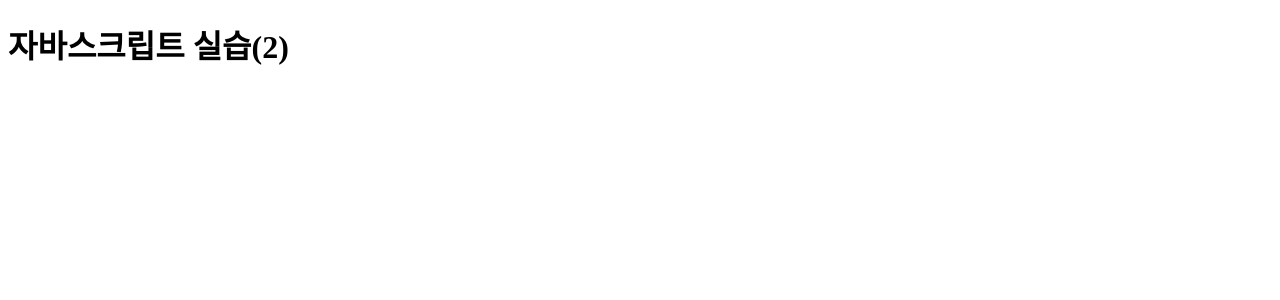
Repository: jhsnex123/web_study
Page: edu/src/main/webapp/jsexam/exercise2.html
These files come from the project's save history. The page is drawn as it stood at one moment and after the next save; the edit follows.
The browser window is 1280 px wide. The pictures show the whole page.

Above is the page before, as saved 2024-09-20 06:39:42.

After the next save:
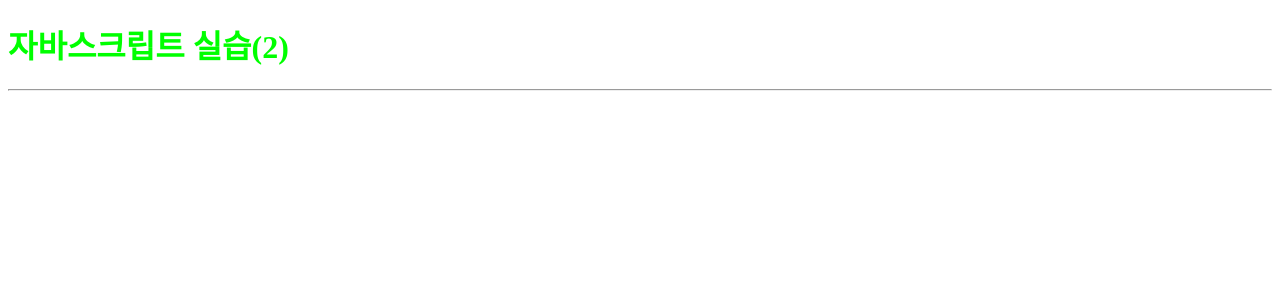
Saved 48 s later.
--- a/edu/src/main/webapp/jsexam/exercise2.html
+++ b/edu/src/main/webapp/jsexam/exercise2.html
@@ -3,8 +3,15 @@
 <head>
 <meta charset="UTF-8">
 <title>Insert title here</title>
+<style>
+h1{
+color : lime;
+}
+
+</style>
 </head>
 <body>
 <h1>자바스크립트 실습(2)</h1>
+<hr>
 </body>
 </html>
